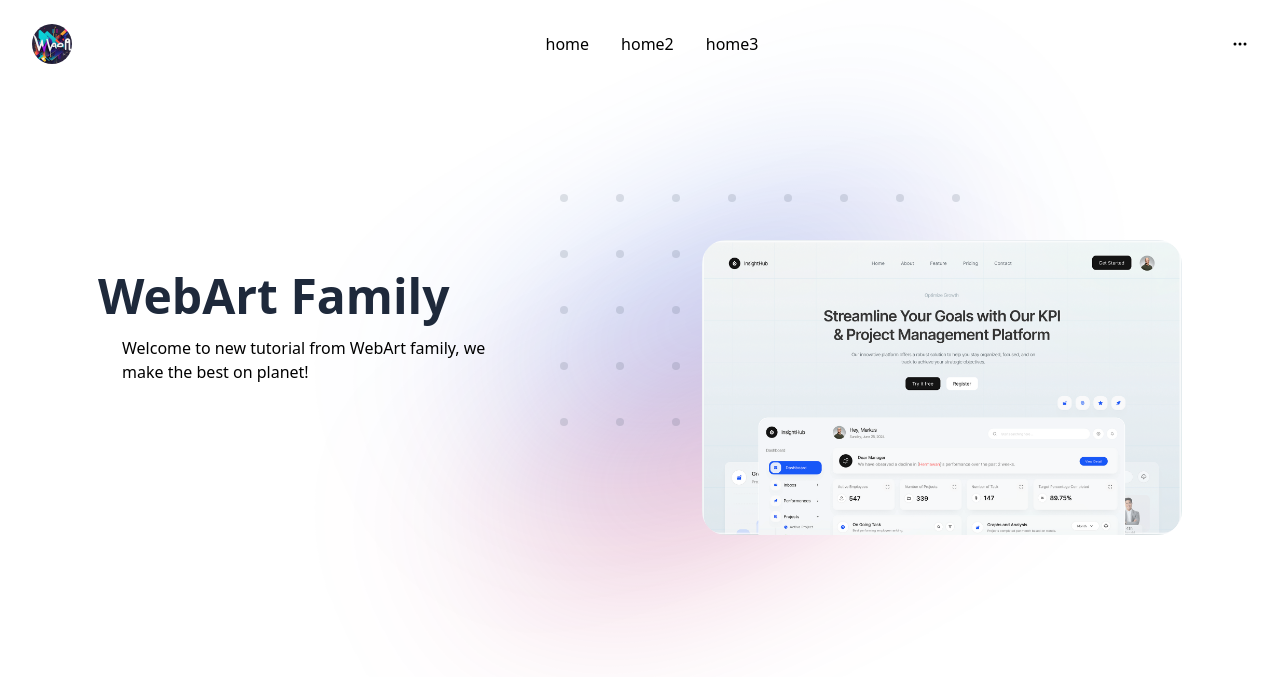
Repository: 30namp/youtube-web-art-code
Page: stunning landing page 1/index.html
An editor plug-in stored every save of this project. The page is shown before and after the next save, followed by the edit.
The browser window is 1280 px wide. The pictures show the whole page.

Above is the page before, as saved 2024-09-26 21:08:49.

### stunning landing page 1/index.html
<!DOCTYPE html>
<html lang="en">
  <head>
    <meta charset="UTF-8" />
    <meta name="viewport" content="width=device-width, initial-scale=1.0" />
    <title>WebArt Design</title>
    <script src="./tailwindcss.min.js"></script>
  </head>
  <body class="min-h-screen">
    <div
      class="absolute right-[25%] top-[60%] h-12 w-[30rem] rounded-[100%] rotate-[-25deg] bg-pink-700 blur-[6rem]"
    ></div>
    <div
      class="absolute right-[25%] top-[40%] h-12 w-[30rem] rounded-[100%] rotate-[-25deg] bg-blue-700 blur-[6rem]"
    ></div>
    <div
      class="grid grid-cols-8 gap-12 absolute right-[25%] top-[27%] animate-pulse"
    >
      <div class="rounded-full bg-slate-700/30 size-2 shadow-lg"></div>
      <div class="rounded-full bg-slate-700/30 size-2 shadow-lg"></div>
      <div class="rounded-full bg-slate-700/30 size-2 shadow-lg"></div>
      <div class="rounded-full bg-slate-700/30 size-2 shadow-lg"></div>
      <div class="rounded-full bg-slate-700/30 size-2 shadow-lg"></div>
      <div class="rounded-full bg-slate-700/30 size-2 shadow-lg"></div>
      <div class="rounded-full bg-slate-700/30 size-2 shadow-lg"></div>
      <div class="rounded-full bg-slate-700/30 size-2 shadow-lg"></div>
      <div class="rounded-full bg-slate-700/30 size-2 shadow-lg"></div>
      <div class="rounded-full bg-slate-700/30 size-2 shadow-lg"></div>
      <div class="rounded-full bg-slate-700/30 size-2 shadow-lg"></div>
      <div class="rounded-full bg-slate-700/30 size-2 shadow-lg"></div>
      <div class="rounded-full bg-slate-700/30 size-2 shadow-lg"></div>
      <div class="rounded-full bg-slate-700/30 size-2 shadow-lg"></div>
      <div class="rounded-full bg-slate-700/30 size-2 shadow-lg"></div>
      <div class="rounded-full bg-slate-700/30 size-2 shadow-lg"></div>
      <div class="rounded-full bg-slate-700/30 size-2 shadow-lg"></div>
      <div class="rounded-full bg-slate-700/30 size-2 shadow-lg"></div>
      <div class="rounded-full bg-slate-700/30 size-2 shadow-lg"></div>
      <div class="rounded-full bg-slate-700/30 size-2 shadow-lg"></div>
      <div class="rounded-full bg-slate-700/30 size-2 shadow-lg"></div>
      <div class="rounded-full bg-slate-700/30 size-2 shadow-lg"></div>
      <div class="rounded-full bg-slate-700/30 size-2 shadow-lg"></div>
      <div class="rounded-full bg-slate-700/30 size-2 shadow-lg"></div>
      <div class="rounded-full bg-slate-700/30 size-2 shadow-lg"></div>
      <div class="rounded-full bg-slate-700/30 size-2 shadow-lg"></div>
      <div class="rounded-full bg-slate-700/30 size-2 shadow-lg"></div>
      <div class="rounded-full bg-slate-700/30 size-2 shadow-lg"></div>
      <div class="rounded-full bg-slate-700/30 size-2 shadow-lg"></div>
      <div class="rounded-full bg-slate-700/30 size-2 shadow-lg"></div>
      <div class="rounded-full bg-slate-700/30 size-2 shadow-lg"></div>
      <div class="rounded-full bg-slate-700/30 size-2 shadow-lg"></div>
      <div class="rounded-full bg-slate-700/30 size-2 shadow-lg"></div>
      <div class="rounded-full bg-slate-700/30 size-2 shadow-lg"></div>
      <div class="rounded-full bg-slate-700/30 size-2 shadow-lg"></div>
      <div class="rounded-full bg-slate-700/30 size-2 shadow-lg"></div>
      <div class="rounded-full bg-slate-700/30 size-2 shadow-lg"></div>
      <div class="rounded-full bg-slate-700/30 size-2 shadow-lg"></div>
      <div class="rounded-full bg-slate-700/30 size-2 shadow-lg"></div>
      <div class="rounded-full bg-slate-700/30 size-2 shadow-lg"></div>
    </div>

    <!-- navbar -->
    <nav
      class="absolute top-0 left-0 right-0 flex justify-between items-center py-6 px-8"
    >
      <a href="/">
        <img class="size-10 rounded-full" src="./assets/img/logo.jpg" alt="" />
      </a>

      <div class="options flex items-center gap-8">
        <a href="#">home</a>
        <a href="#">home2</a>
        <a href="#">home3</a>
      </div>

      <button>
        <svg
          xmlns="http://www.w3.org/2000/svg"
          width="16"
          height="16"
          fill="currentColor"
          class="bi bi-three-dots"
          viewBox="0 0 16 16"
        >
          <path
            d="M3 9.5a1.5 1.5 0 1 1 0-3 1.5 1.5 0 0 1 0 3m5 0a1.5 1.5 0 1 1 0-3 1.5 1.5 0 0 1 0 3m5 0a1.5 1.5 0 1 1 0-3 1.5 1.5 0 0 1 0 3"
          />
        </svg>
      </button>
    </nav>

    <!-- hero section -->
    <div class="hero-section relative pt-60 flex justify-around items-start">
      <div class="content flex flex-col gap-4 pt-8">
        <h1 class="text-5xl font-bold text-slate-800">WebArt Family</h1>
        <div class="description ml-6 w-96">
          Welcome to new tutorial from WebArt family, we make the best on
          planet!
        </div>
      </div>
      <img class="w-[30rem] rounded-3xl" src="./assets/img/img.png" alt="" />
    </div>
  </body>
</html>

Loaded but not shown: stunning landing page 1/tailwindcss.min.js (library)

After the next save:
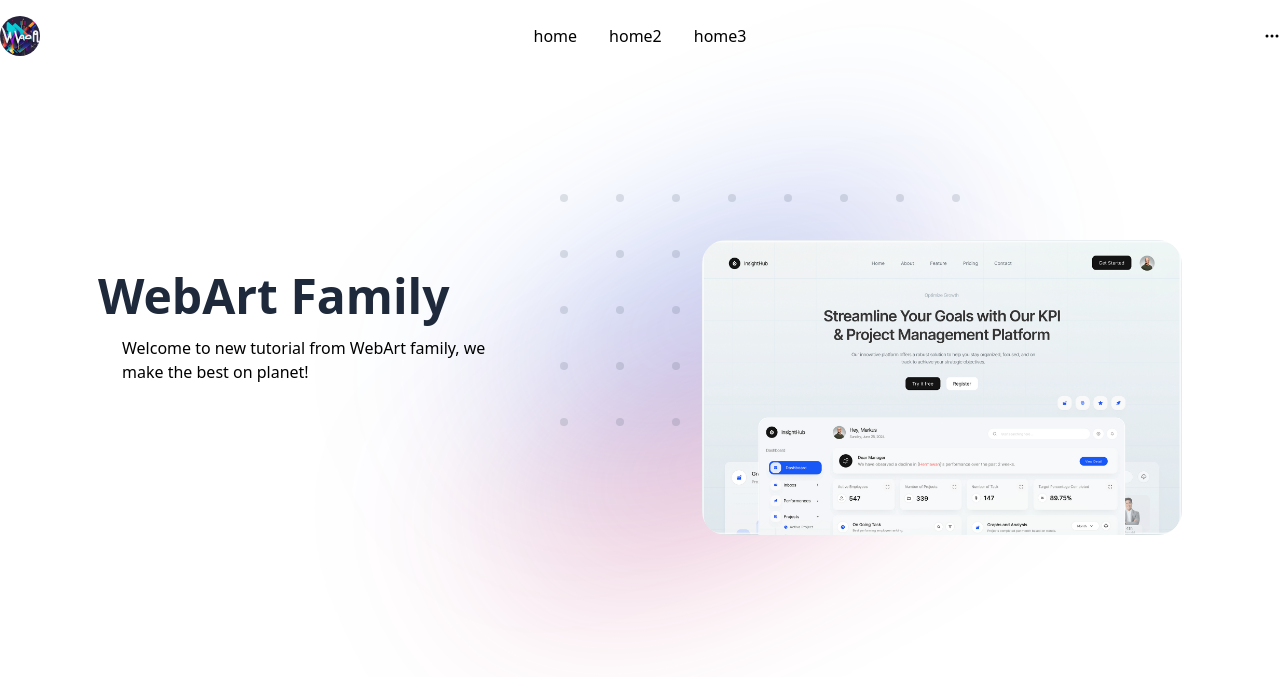
Saved 42 s later.
--- a/stunning landing page 1/index.html
+++ b/stunning landing page 1/index.html
@@ -60,9 +60,9 @@
 
     <!-- navbar -->
     <nav
-      class="absolute top-0 left-0 right-0 flex justify-between items-center py-6 px-8"
+      class="absolute top-0 left-0 right-0 flex justify-center items-center py-6 px-8"
     >
-      <a href="/">
+      <a href="/" class="absolute left-0">
         <img class="size-10 rounded-full" src="./assets/img/logo.jpg" alt="" />
       </a>
 
@@ -72,7 +72,7 @@
         <a href="#">home3</a>
       </div>
 
-      <button>
+      <button class="absolute right-0">
         <svg
           xmlns="http://www.w3.org/2000/svg"
           width="16"
